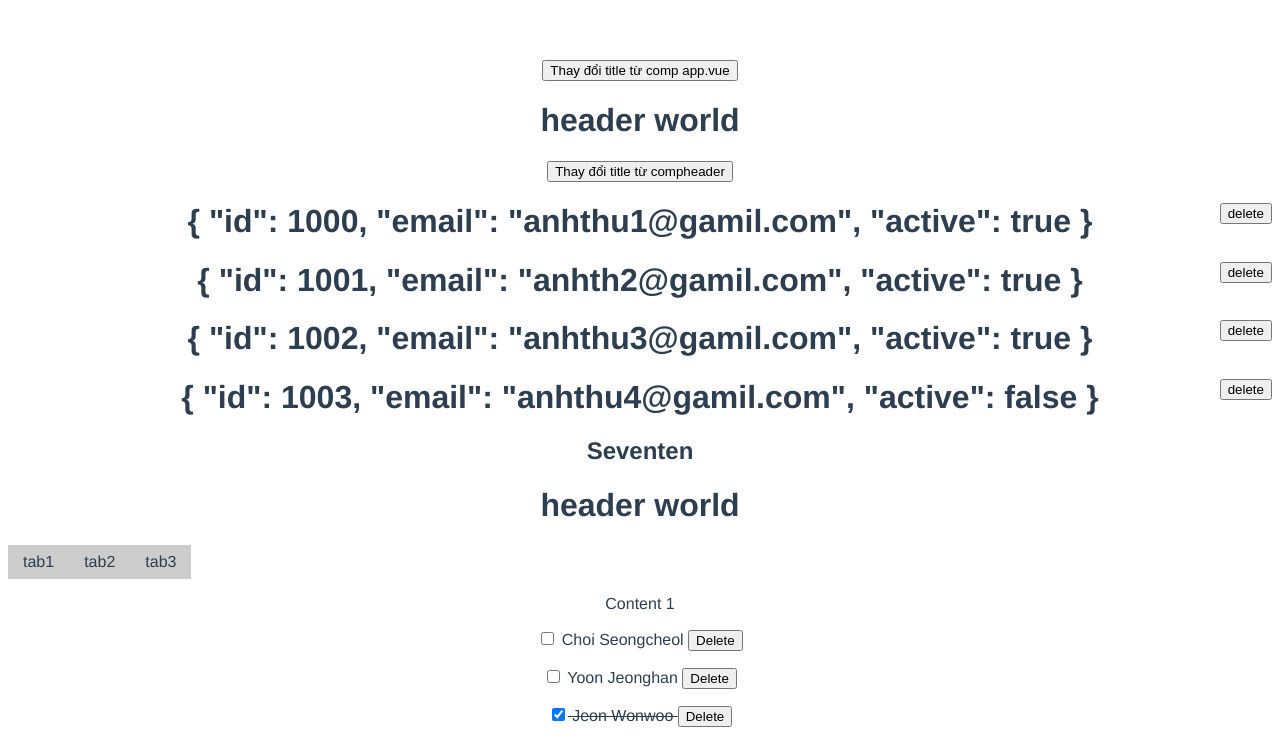
Repository: anhthu112/Todo-list
Page: /
These files come from the project's save history. The page is drawn as it stood at one moment and after the next save; the edit follows.
The browser window is 1280 px wide. The pictures show the whole page.
The project was rebuilt for these pictures with package versions that can differ from the ones it lists, and the page was loaded fresh each time. Also part of the build but not shown: vue.config.js.

Above is the page before, as saved 2024-01-30 23:21:38.

After the next save:
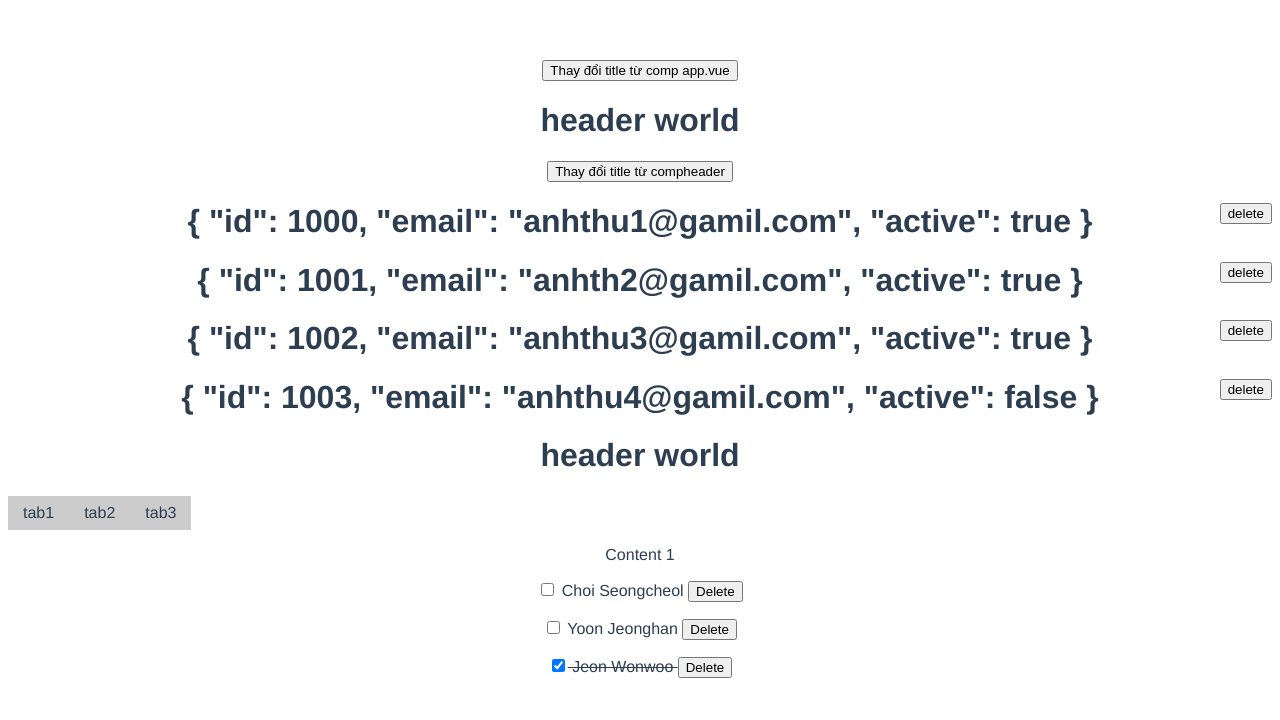
Saved 2 min 8 s later.
--- a/src/App.vue
+++ b/src/App.vue
@@ -4,7 +4,7 @@
     <CompHeader v-bind:titles="title"
     v-on:changeTitleEvents="changeTitleEvent"
     />
-    <ListUser v-bind:listUser="listUser" v-bind:text="textSvt"
+    <ListUser v-bind:listUser="listUser"
     v-on:deleteEvent="handleDeleteUser"
     />
     <ComFooter v-bind:title="title"/>
